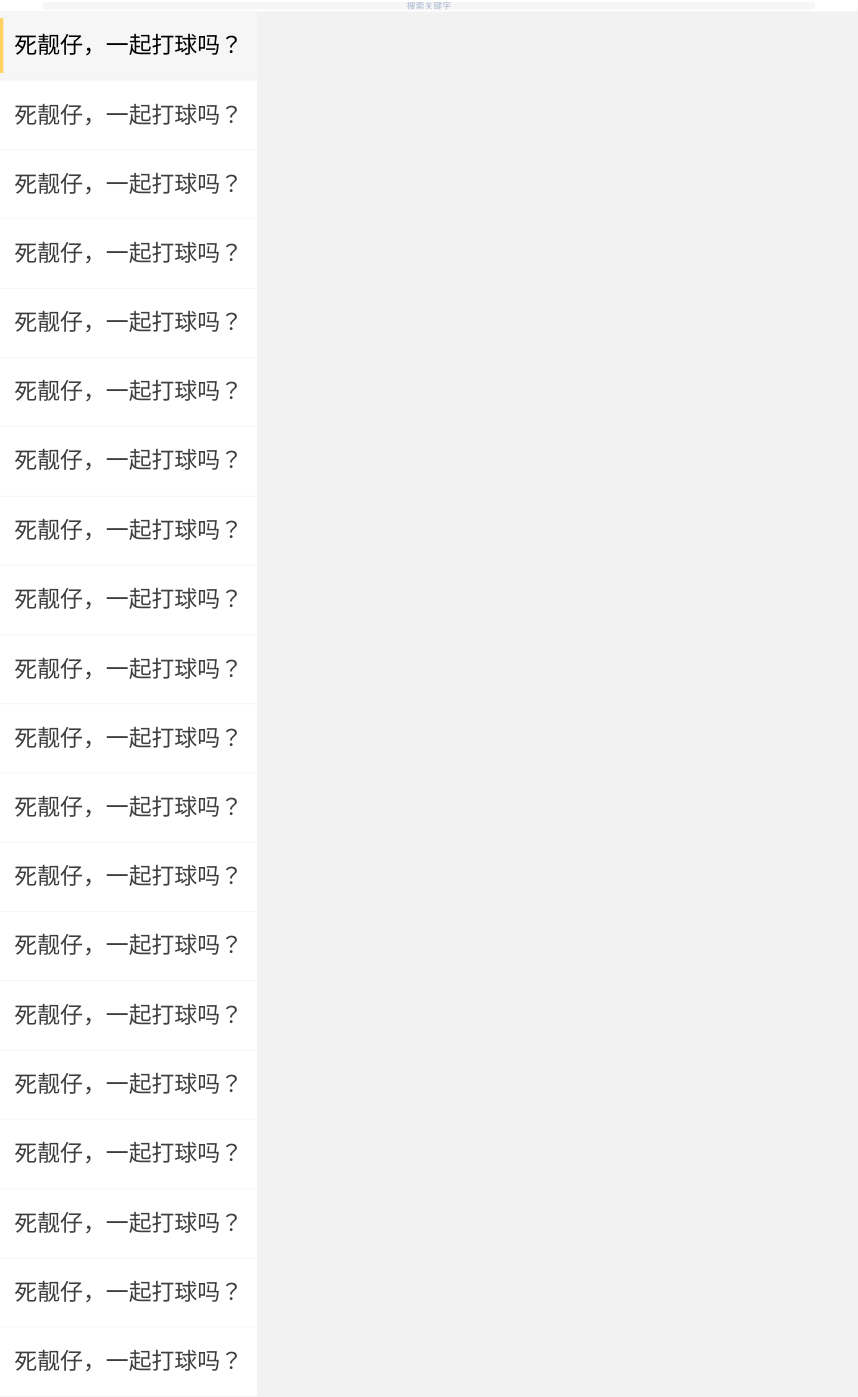
Repository: 421538074/sell
Page: consumer/goods-classify.html
An editor plug-in stored every save of this project. The page is shown before and after the next save, followed by the edit.
The browser window is 1280 px wide. The pictures show the whole page, at 67% of full size.

Above is the page before, as saved 2019-05-29 16:29:56.

After the next save:
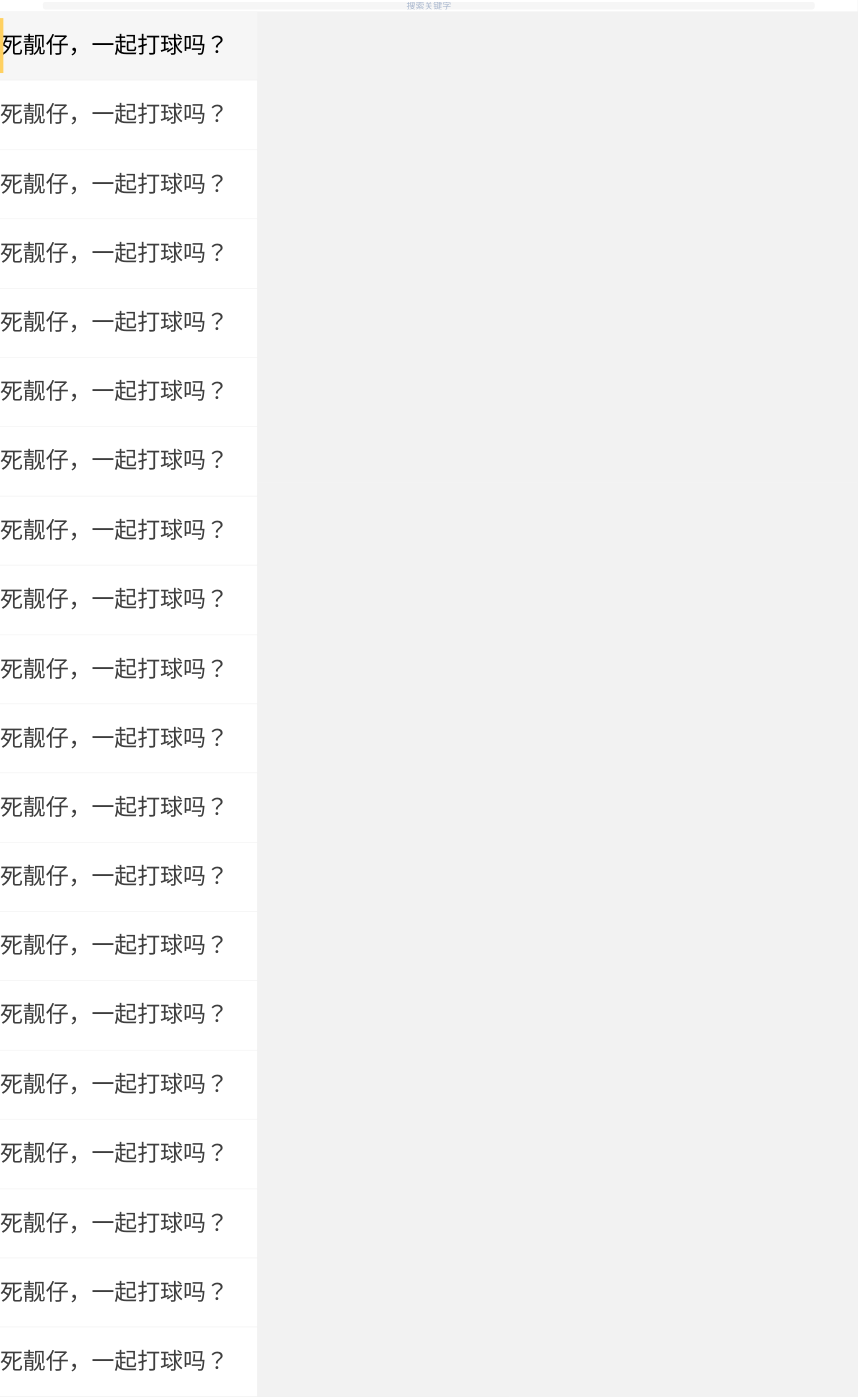
Saved 97 s later.
--- a/consumer/css/goods-classify.css
+++ b/consumer/css/goods-classify.css
@@ -42,9 +42,7 @@ ul.main-classify-wrapper::-webkit-scrollbar {
 li.main-classify-item {
     width: 100%;
     height: 3rem;
-    display: inline-flex;
-    align-items: center;
-    justify-content: center;
+    line-height: 3rem;
     background: #fff;
     margin-bottom: 1px;
     color: #3E3E3E;
